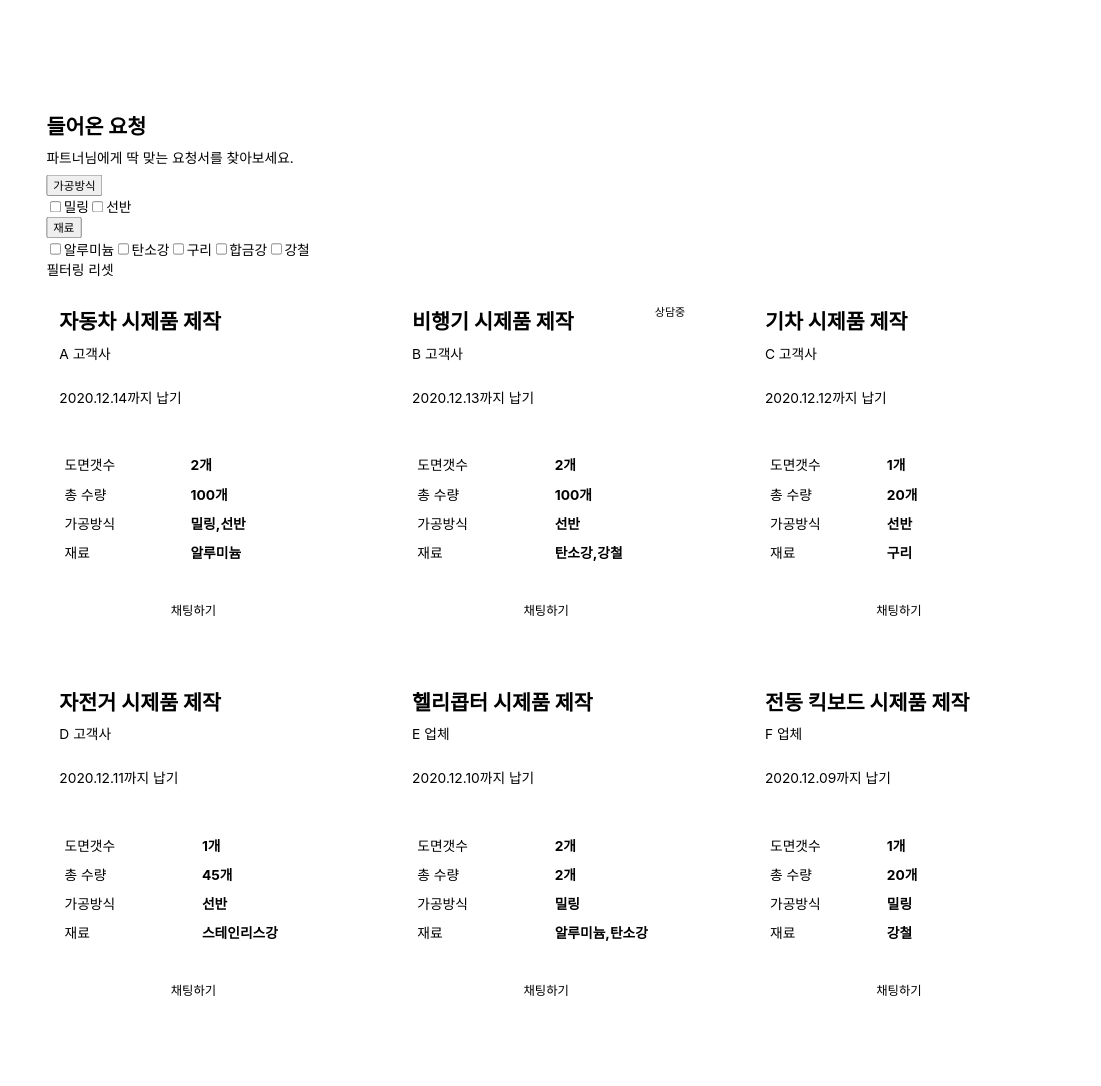
Repository: seoulsaram/capa
Page: /
An editor plug-in stored every save of this project. The page is shown before and after the next save, followed by the edit.
The browser window is 1280 px wide. The pictures show the whole page, at 86% of full size.
The project was rebuilt for these pictures with package versions that can differ from the ones it lists, and the page was loaded fresh each time. Requests to the local data server were answered from the project's data file. Also part of the build but not shown: src/App.css, src/components/filter/filter.module.css.

Above is the page before, as saved 2021-03-07 00:02:32.

### public/index.html
<!DOCTYPE html>
<html lang="en">
  <head>
    <meta charset="utf-8" />
    <link rel="icon" href="%PUBLIC_URL%/favicon.ico" />
    <meta name="viewport" content="width=device-width, initial-scale=1" />
    <meta name="theme-color" content="#000000" />
    <meta name="description" content="Web site created using create-react-app" />

    <title>React App</title>
  </head>
  <body>
    <noscript>You need to enable JavaScript to run this app.</noscript>
    <div id="root"></div>
  </body>
</html>

### src/index.js
import React from "react";
import ReactDOM from "react-dom";
import "./index.css";
import App from "./app";
import RequestInfo from "./service/request_info";

const requestInfo = new RequestInfo();

ReactDOM.render(
  <React.StrictMode>
    <App requestInfo={requestInfo} />
  </React.StrictMode>,
  document.getElementById("root")
);

### src/App.js
import "./app.css";
import Header from "./components/header/header";
import ItemContainer from "./components/item_container/item_container";
import RequestBox from "./components/request_box/request_box";

function App({ requestInfo }) {
  return (
    <div>
      <Header />
      <ItemContainer requestInfo={requestInfo} />
    </div>
  );
}

export default App;

### src/service/request_info.js
class RequestInfo {
  constructor() {
    this.getrequestOptions = {
      method: "GET",
    };
  }

  async getInfo() {
    const response = await fetch("http://localhost:3002/requests", this.getrequestOptions);
    const res = await response.json();
    return res;
  }
}

export default RequestInfo;

### src/components/header/header.js
import React, { memo } from "react";
import styles from "./header.module.css";

const Header = (props) => (
  <div className={styles.header}>
    <div className={styles.headerLeft}>
      <p>CAPA</p>
      <p>파트너스</p>
    </div>
    <div className={styles.headerRight}>
      <p>A가공업체</p>
      <div className={styles.line}></div>
      <p>로그아웃</p>
    </div>
  </div>
);

export default Header;

### src/components/item_container/item_container.js
import React, { useEffect, useState } from "react";
import Filter from "../filter/filter";
import RequestBox from "../request_box/request_box";
import styles from "./item_container.module.css";

const ItemContainer = ({ requestInfo }) => {
  const [reqInfo, setReqInfo] = useState([]);

  useEffect(() => {
    requestInfo.getInfo().then((info) => setReqInfo(info));
  }, [requestInfo]);

  return (
    <section className={styles.section}>
      <h2 className={styles.title}>들어온 요청</h2>
      <p className={styles.desc}>파트너님에게 딱 맞는 요청서를 찾아보세요.</p>
      <Filter reqInfo={reqInfo} />

      <ul className={styles.cards}>
        {reqInfo.map((info) => (
          <RequestBox reqInfo={info} key={info.id} />
        ))}
      </ul>
    </section>
  );
};

export default ItemContainer;

### src/components/request_box/request_box.jsx
import React from "react";
import styles from "./request_box.module.css";

const RequestBox = ({ reqInfo }) => {
  return (
    <div className={styles.card}>
      <div className={styles.top}>
        <div className={styles.titleContainer}>
          <h2>{reqInfo.title}</h2>
          {reqInfo.status === "상담중" && <div className={styles.status}>{reqInfo.status}</div>}
        </div>
        <p className={styles.client}>{reqInfo.client}</p>
        <p className={styles.due}>{reqInfo.due}까지 납기</p>
      </div>
      <div className={styles.line}></div>
      {/* 테이블 로만들기 */}
      <table className={styles.bottom}>
        <tbody className={styles.order}>
          <tr>
            <td className={styles.orderTitle}>도면갯수</td>
            <td className={styles.orderBold}>{reqInfo.count}개</td>
          </tr>
          <tr>
            <td className={styles.orderTitle}>총 수량</td>
            <td className={styles.orderBold}>{reqInfo.amount}개</td>
          </tr>
          <tr>
            <td className={styles.orderTitle}>가공방식</td>
            <td className={styles.orderBold}>{reqInfo.method.join(",")}</td>
          </tr>
          <tr>
            <td className={styles.orderTitle}>재료</td>
            <td className={styles.orderBold}>{reqInfo.material.join(",")}</td>
          </tr>
        </tbody>
      </table>
      <div className={styles.btnContainer}>
        <button className={styles.reqBtn}>요청 내역 보기</button>
        <button className={styles.chatBtn}>채팅하기</button>
      </div>
    </div>
  );
};

export default RequestBox;

### src/components/header/header.module.css
@value MakeBlue from '../../common/color.css';

.header {
  display: flex;
  justify-content: space-between;
  padding: 5px 20px;
  background-color: MakeBlue;
  color: white;
}

.headerLeft {
  display: flex;
  align-items: center;
}

.headerRight {
  display: flex;
  align-items: center;
}

.line {
  width: 2px;
  height: 50%;
  background-color: white;
  margin: 0px 14px;
}

### src/components/filter/filter.jsx
import React, { useEffect, useState } from "react";
import styles from "./filter.module.css";

const Filter = ({ reqInfo }) => {
  const method = ["밀링", "선반"];
  const material = ["알루미늄", "탄소강", "구리", "합금강", "강철"];

  return (
    <section className={styles.section}>
      {/* 가공방식 */}
      {/* 1. 값이 든 배열 만들기
      2. 온클릭 이벤트를 만들기
      3. 이벤트에 두 가지 값을 동시에 필터링하는 로직 넣기 */}
      <button className={styles.filterBtn}>
        가공방식<i className="fas fa-sort-down"></i>
      </button>
      <div className={styles.filter}>
        <div className={styles.method}>
          {method.map((methods) => (
            <label htmlFor={methods} key={methods}>
              <input type="checkbox" name={methods} value={methods} />
              {methods}
            </label>
          ))}
        </div>
      </div>
      {/* 재료 */}
      <button className={styles.filterBtn}>
        재료<i className="fas fa-sort-down"></i>
      </button>
      <div className={styles.filter}>
        <div className={styles.material}>
          {material.map((materials) => (
            <label htmlFor={materials} key={materials}>
              <input type="checkbox" name={materials} value={materials} />
              {materials}
            </label>
          ))}
        </div>
      </div>
      <div className={styles.reset}>
        <i className="fas fa-redo-alt"></i>필터링 리셋
      </div>
      <div></div>
    </section>
  );
};

export default Filter;

// "requests": [
//     {
//       "id": 1,
//       "title": "자동차 시제품 제작",
//       "client": "A 고객사",
//       "due": "2020.12.14",
//       "count": 2,
//       "amount": 100,
//       "method": ["밀링", "선반"],
//       "material": ["알루미늄"],
//       "status": "대기중"
//     },

### src/components/item_container/item_container.module.css
@value MakeBlue,MakeBlack,MakeLightBlue,MakeGrey,MakeLightGrey,MakeYellow from '../../common/color.css';
.section {
  padding: 54px;
  color: MakeBlack;
}

.title,
.desc {
  margin: 8px 0px;
}

.cards {
  display: flex;
  justify-content: space-between;
  flex-wrap: wrap;
}

### src/components/request_box/request_box.module.css
@value MakeBlue,MakeBlack,MakeLightBlue,MakeGrey,MakeLightGrey,MakeYellow from '../../common/color.css';

* {
  box-sizing: border-box;
}

ul {
  margin: 0;
  padding: 0;
}

.card {
  width: 30%;
  border: 1px solid MakeLightGrey;
  border-radius: 3px;
  padding: 10px 15px;
  margin-bottom: 15px;
}

.card:hover {
  border: 1px solid MakeLightBlue;
}

.titleContainer {
  display: flex;
  align-items: center;
  justify-content: space-between;
}

.titleContainer > h2 {
  margin-bottom: 0px;
}

.client {
  margin: 8px 0px;
}
.due {
  color: MakeGrey;
  margin-top: 28px;
}

.status {
  border: 1px solid MakeYellow;
  border-radius: 45px;
  padding: 4px;
  font-size: 0.8rem;
  color: MakeYellow;
}

.line {
  width: 98%;
  height: 2px;
  margin: auto;
  background-color: MakeLightGrey;
}
.bottom {
  margin-top: 30px;
  margin-bottom: 15px;
}

td {
  width: 25%;
  padding: 4px;
}

.orderBold {
  font-weight: 700;
}

.reqBtn,
.chatBtn {
  margin: 15px 4px;
  padding: 8px 10px;
  background-color: transparent;
  border: none;
  border-radius: 0.2rem;
  outline: none;
  font-size: 0.9rem;
  cursor: pointer;
}

.reqBtn {
  color: white;
  background-color: MakeLightBlue;
}

.chatBtn {
  border: 1px solid MakeLightBlue;
  color: MakeLightBlue;
}

### db.json
{
  "requests": [
    {
      "id": 1,
      "title": "자동차 시제품 제작",
      "client": "A 고객사",
      "due": "2020.12.14",
      "count": 2,
      "amount": 100,
      "method": ["밀링", "선반"],
      "material": ["알루미늄"],
      "status": "대기중"
    },
    {
      "id": 2,
      "title": "비행기 시제품 제작",
      "client": "B 고객사",
      "due": "2020.12.13",
      "count": 2,
      "amount": 100,
      "method": ["선반"],
      "material": ["탄소강", "강철"],
      "status": "상담중"
    },
    {
      "id": 3,
      "title": "기차 시제품 제작",
      "client": "C 고객사",
      "due": "2020.12.12",
      "count": 1,
      "amount": 20,
      "method": ["선반"],
      "material": ["구리"],
      "status": "대기중"
    },
    {
      "id": 4,
      "title": "자전거 시제품 제작",
      "client": "D 고객사",
      "due": "2020.12.11",
      "count": 1,
      "amount": 45,
      "method": ["선반"],
      "material": ["스테인리스강"],
      "status": "대기중"
    },
    {
      "id": 5,
      "title": "헬리콥터 시제품 제작",
      "client": "E 업체",
      "due": "2020.12.10",
      "count": 2,
      "amount": 2,
      "method": ["밀링"],
      "material": ["알루미늄", "탄소강"],
      "status": "대기중"
    },
    {
      "id": 6,
      "title": "전동 킥보드 시제품 제작",
      "client": "F 업체",
      "due": "2020.12.09",
      "count": 1,
      "amount": 20,
      "method": ["밀링"],
      "material": ["강철"],
      "status": "대기중"
    }
  ]
}

Loaded but not shown: src/index.css (common file)

After the next save:
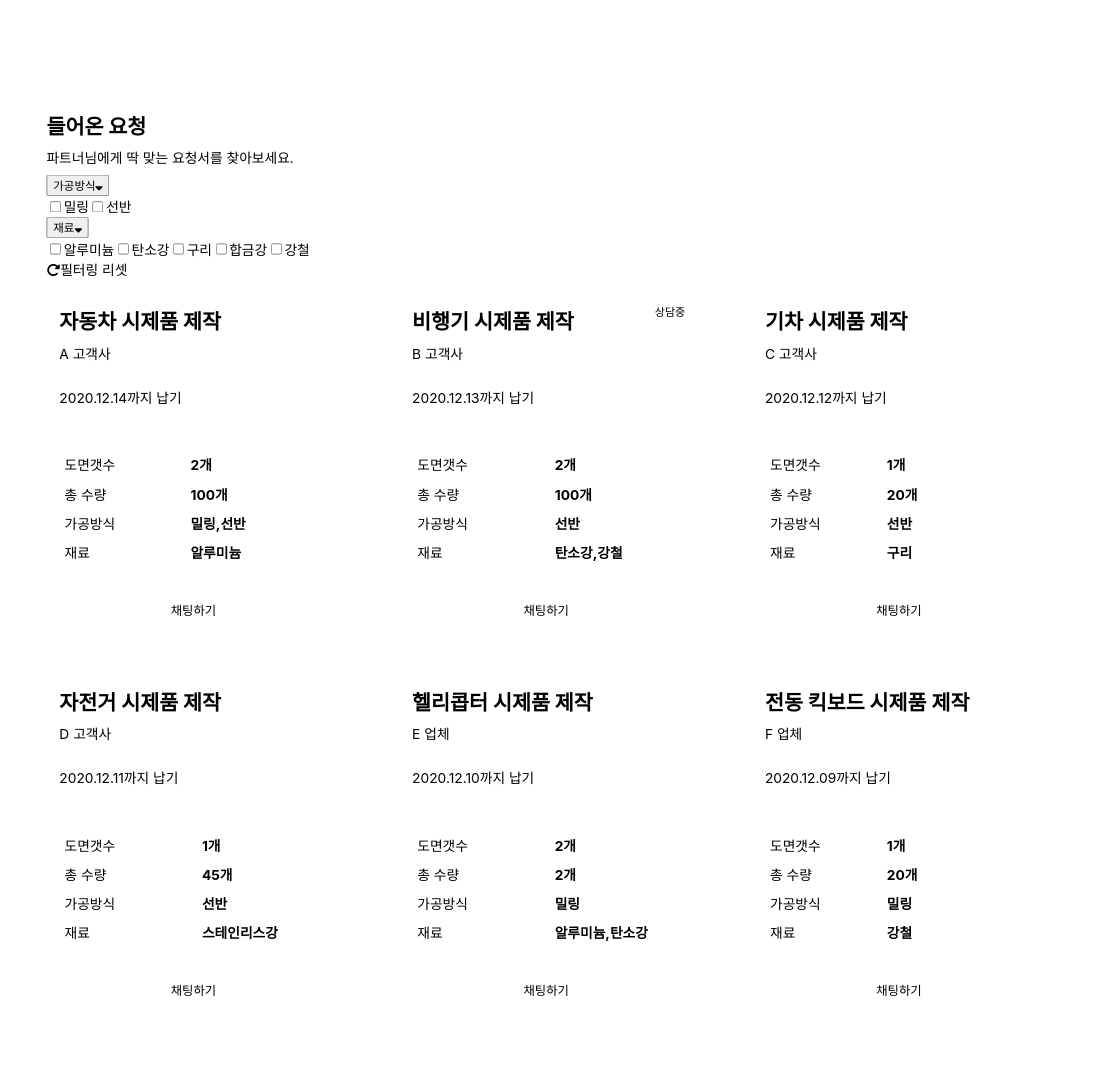
Saved 3 min 27 s later.
--- a/src/App.js
+++ b/src/App.js
@@ -1,7 +1,7 @@
 import "./app.css";
 import Header from "./components/header/header";
 import ItemContainer from "./components/item_container/item_container";
-import RequestBox from "./components/request_box/request_box";
+import "@fortawesome/fontawesome-free/js/all.js";
 
 function App({ requestInfo }) {
   return (

After the save that followed:
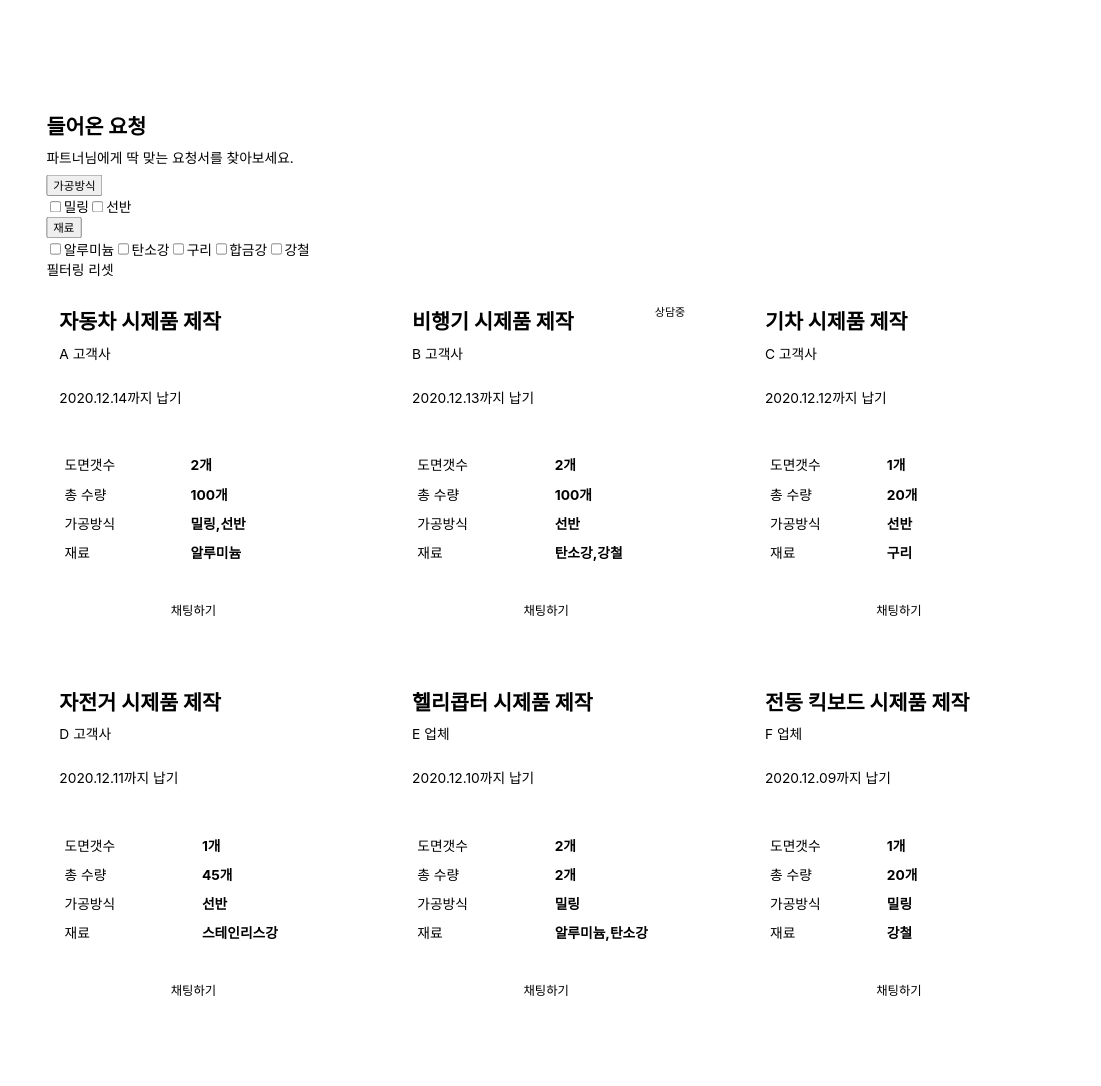
Saved 6 min 41 s later.
--- a/src/App.js
+++ b/src/App.js
@@ -1,7 +1,7 @@
 import "./app.css";
 import Header from "./components/header/header";
 import ItemContainer from "./components/item_container/item_container";
-import "@fortawesome/fontawesome-free/js/all.js";
+import "@fortawesome/react-fontawesome/index.js";
 
 function App({ requestInfo }) {
   return (
